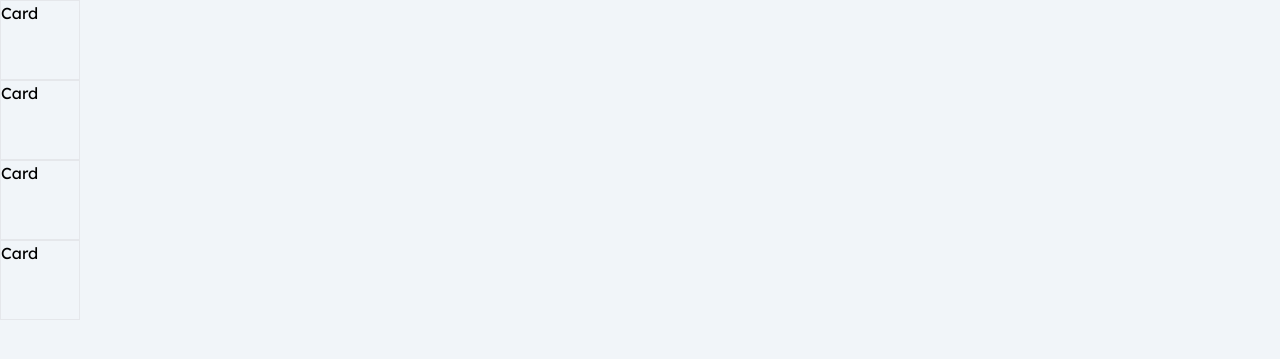
Repository: stavan30/tracker
Page: /
These files come from the project's save history. The page is drawn as it stood at one moment and after the next save; the edit follows.
The browser window is 1280 px wide. The pictures show the whole page.
The project was rebuilt for these pictures with package versions that can differ from the ones it lists, and the page was loaded fresh each time. Also part of the build but not shown: vite.config.js.

Above is the page before, as saved 2024-02-23 17:51:15.

After the next save:
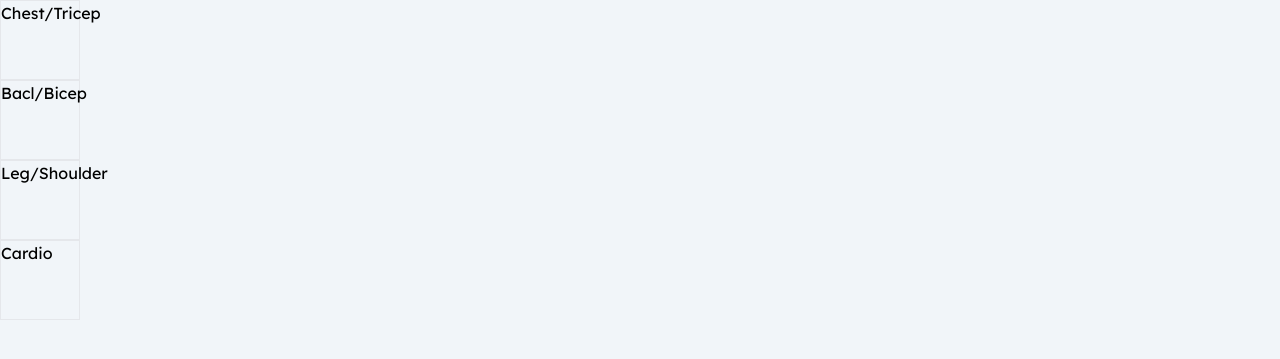
Saved 40 s later.
--- a/src/Components/Card.jsx
+++ b/src/Components/Card.jsx
@@ -1,8 +1,8 @@
 import React from 'react'
 
-const Card = () => {
+const Card = (props) => {
   return (
-    <div className='text-black font-lex border h-20 w-20'>Card</div>
+    <div className='text-black font-lex border h-20 w-20'>{props.day}</div>
   )
 }
 
